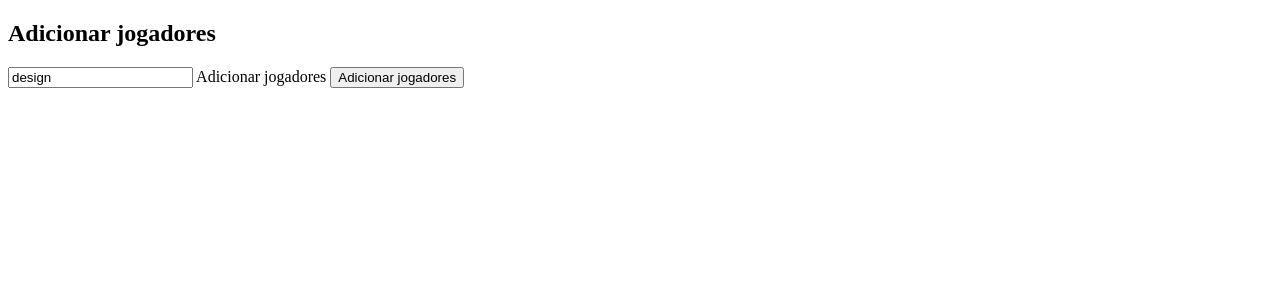
Repository: marcioresidenty/Classificador-de-Nivel-de-Heroi
Page: DesafioNivelDeHeroi/webapp/index.html
These files come from the project's save history. The page is drawn as it stood at one moment and after the next save; the edit follows.
The browser window is 1280 px wide. The pictures show the whole page.

Above is the page before, as saved 2024-11-22 19:44:47.

### DesafioNivelDeHeroi/webapp/index.html
<!DOCTYPE html>
<html>
<head>
<meta charset="UTF-8">
<title>Desafio Nivel do Heroi</title>
<script src="NivelHeroi.js"></script>
</head>
<body>
<h2> Adicionar jogadores </h2>
<input type="text" name="nome" value="design"> Adicionar jogadores
<button>Adicionar jogadores</button>
</body>
</html>

### DesafioNivelDeHeroi/webapp/NivelHeroi.js
/**
 *
 */

let nome = [];
let nivel = 10;


nome.push("marcio");
nome.push("maria");

console.log("o nome é "+ nome[0] + nome[1])

After the next save:
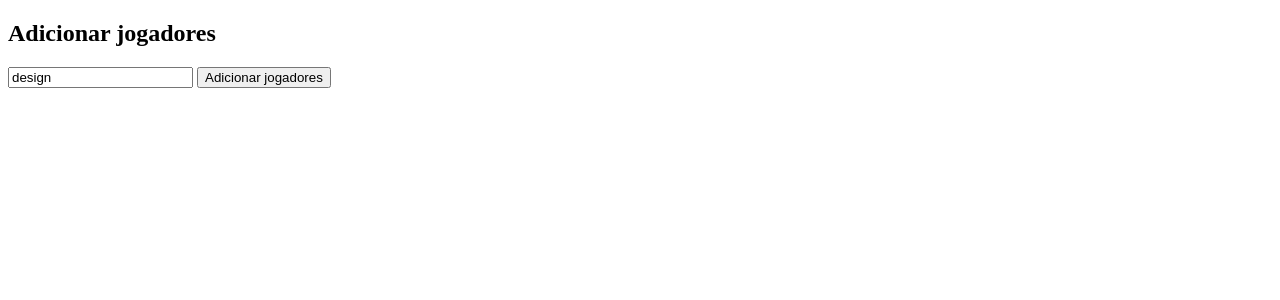
Saved 13 s later.
--- a/DesafioNivelDeHeroi/webapp/index.html
+++ b/DesafioNivelDeHeroi/webapp/index.html
@@ -7,7 +7,7 @@
 </head>
 <body>
 <h2> Adicionar jogadores </h2>
-<input type="text" name="nome" value="design"> Adicionar jogadores
+<input type="text" name="nome" value="design">
 <button>Adicionar jogadores</button>
 </body>
 </html>
